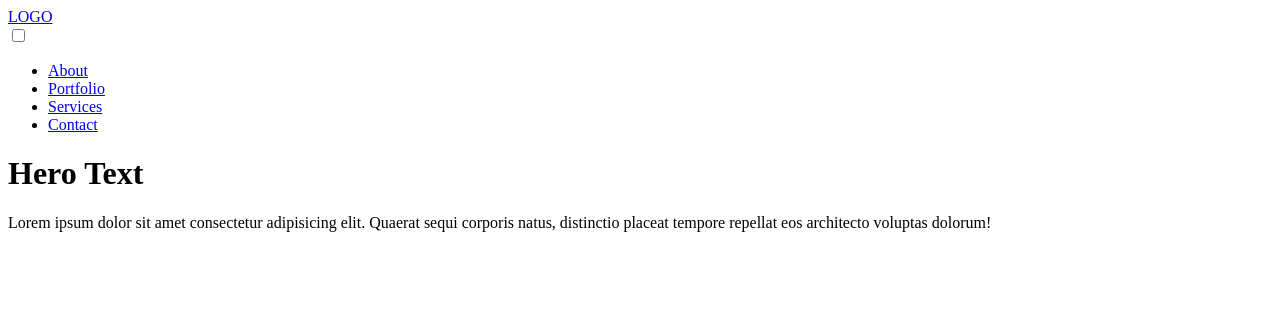
Repository: digiangler/animated-responsive-navbar
Page: dist/index.html
The author's editor kept a copy of each file at every save. The page is drawn from the files as they stood at one save, then again after the next save.
The browser window is 1280 px wide. The pictures show the whole page.

Above is the page before, as saved 2020-10-21 01:10:03.

### dist/index.html
<!DOCTYPE html>
<html lang="ja">
  <head>
    <meta charset="UTF-8" />
    <meta name="viewport" content="width=device-width, initial-scale=1.0" />
    <title>Responsive Navbar Tutorial</title>
  </head>
  <body>
    <header class="main-header">
      <div class="logo">
        <a href="#">LOGO</a>
      </div>

      <input type="checkbox" class="menu-btn" id="menu-btn" />
      <label for="menu-btn" class="menu-icon">
        <span class="menu-icon__line"></span>
      </label>

      <ul class="nav-links">
        <li class="nav-link"><a href="#">About</a></li>
        <li class="nav-link"><a href="#">Portfolio</a></li>
        <li class="nav-link"><a href="#">Services</a></li>
        <li class="nav-link"><a href="#">Contact</a></li>
      </ul>
    </header>
    <div class="hero">
      <h1>Hero Text</h1>
    </div>
    <div class="container">
      <p>
        Lorem ipsum dolor sit amet consectetur adipisicing elit. Quaerat sequi
        corporis natus, distinctio placeat tempore repellat eos architecto
        voluptas dolorum!
      </p>
    </div>
  </body>
</html>

After the next save:
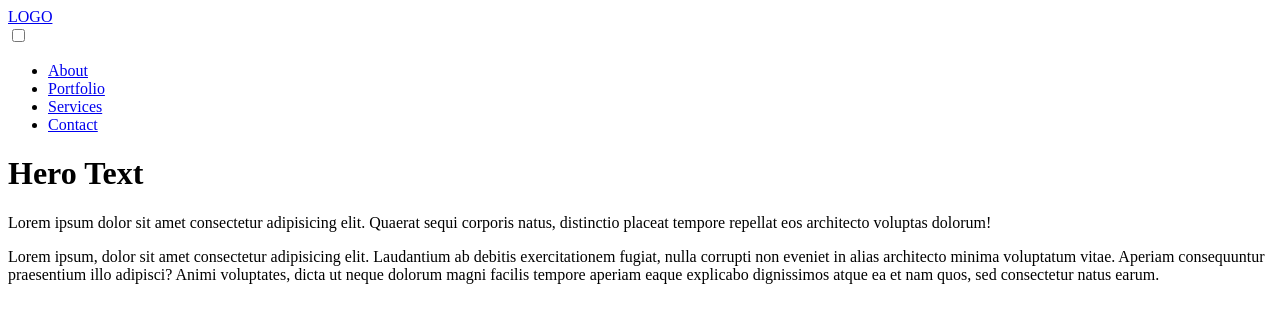
Saved 33 s later.
--- a/dist/index.html
+++ b/dist/index.html
@@ -32,6 +32,14 @@
         corporis natus, distinctio placeat tempore repellat eos architecto
         voluptas dolorum!
       </p>
+      <p>
+        Lorem ipsum, dolor sit amet consectetur adipisicing elit. Laudantium ab
+        debitis exercitationem fugiat, nulla corrupti non eveniet in alias
+        architecto minima voluptatum vitae. Aperiam consequuntur praesentium
+        illo adipisci? Animi voluptates, dicta ut neque dolorum magni facilis
+        tempore aperiam eaque explicabo dignissimos atque ea et nam quos, sed
+        consectetur natus earum.
+      </p>
     </div>
   </body>
 </html>
